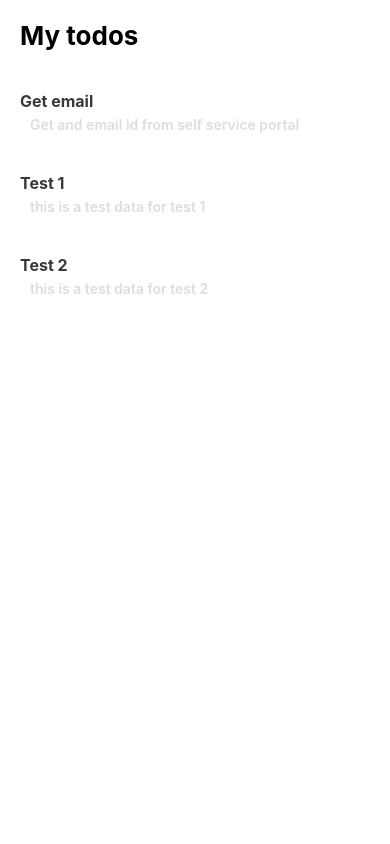
Repository: sadarsh216/Todo-App
Page: /
An editor plug-in stored every save of this project. The page is shown before and after a run of saves, followed by the edit.
The browser window is 390 px wide. The pictures show the whole page.
The app was drawn by React Native's web renderer in a window 390 px wide. The project was rebuilt for these pictures with package versions that can differ from the ones it lists, and the page was loaded fresh each time.

Above is the page before, as saved 2021-10-09 12:57:20.

### App.tsx
import { StatusBar } from "expo-status-bar";
import React from "react";
import { SafeAreaView, StyleSheet, Text, View } from "react-native";
import Todos from "./Pages/Todos";

export default function App() {
  return (
    <SafeAreaView>
      <Text style={styles.heading}>My todos</Text>
      <Todos />
    </SafeAreaView>
  );
}

const styles = StyleSheet.create({
  heading: {
    fontSize: 26,
    fontWeight: "bold",
    margin: 20,
  },
});

### Pages/Todos.tsx
import React from "react";
import { View, Text, StyleSheet } from "react-native";

export default function Todos() {
  const [todos, setTodos] = React.useState([
    {
      title: "Get email",
      description: "Get and email id from self service portal",
      id: 0,
    },
    { title: "Test 1", description: "this is a test data for test 1", id: 1 },
    { title: "Test 2", description: "this is a test data for test 2 ", id: 2 },
  ]);
  return (
    <>
      {todos.map((item, key) => (
        <View key={item.id} style={styles.card}>
          <Text style={styles.title}>{item.title}</Text>
          <Text style={styles.desc}>{item.description}</Text>
        </View>
      ))}
    </>
  );
}

const styles = StyleSheet.create({
  card: {
    backgroundColor: "#fff",
    margin: 10,
    borderRadius: 6,
    elevation: 4,
    padding: 10,
  },
  title: {
    fontSize: 16,
    marginBottom: 5,
    fontWeight: "bold",
    color: "#383838",
  },
  desc: {
    paddingHorizontal: 10,
    fontWeight: "600",
    color: "#ddd",
  },
});

After the next 2 saves:
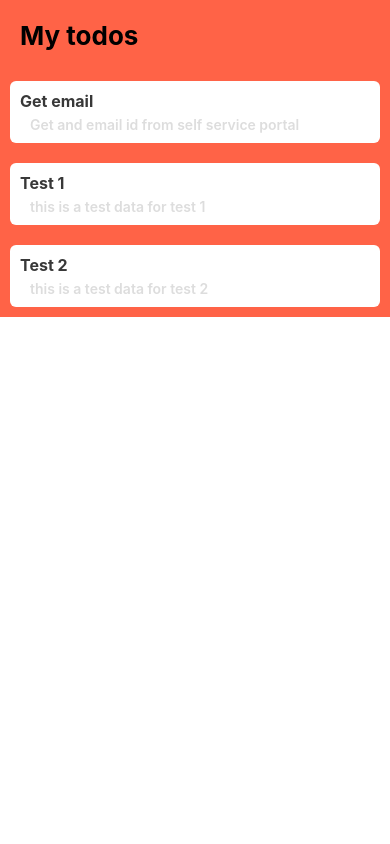
The 2 saves are shown as one change because 1 did not build or start.
The last was saved 48 s later.
--- a/App.tsx
+++ b/App.tsx
@@ -6,13 +6,18 @@ import Todos from "./Pages/Todos";
 export default function App() {
   return (
     <SafeAreaView>
-      <Text style={styles.heading}>My todos</Text>
-      <Todos />
+      <View style={styles.container}>
+        <Text style={styles.heading}>My todos</Text>
+        <Todos />
+      </View>
     </SafeAreaView>
   );
 }
 
 const styles = StyleSheet.create({
+  container: {
+    backgroundColor: "tomato",
+  },
   heading: {
     fontSize: 26,
     fontWeight: "bold",
